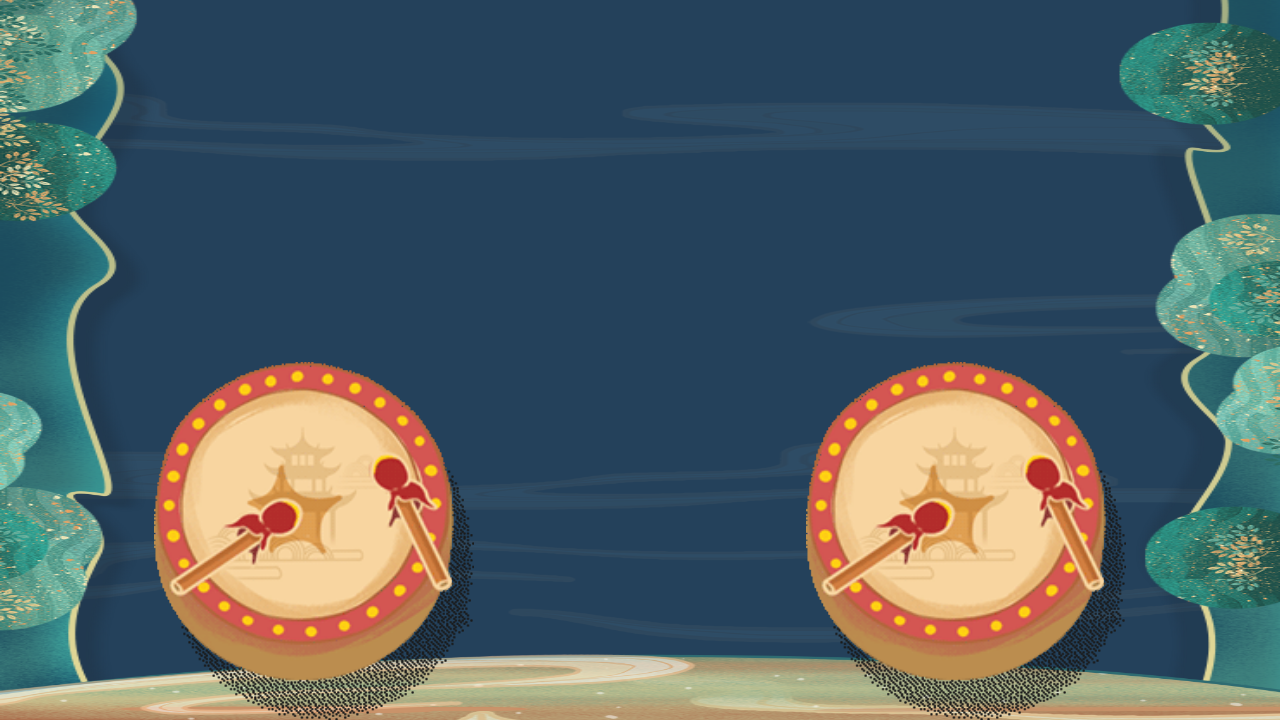
Repository: liushiwei151/hhl_dragon_boat_festival
Page: /Game
The author's editor kept a copy of each file at every save. The page is drawn from the files as they stood at one save, then again after the next save.
The browser window is 1280 px wide. The pictures show the whole page.
An inner scrolling area shows only its first screen. The project was rebuilt for these pictures with package versions that can differ from the ones it lists, and the page was loaded fresh each time. Also part of the build but not shown: vue.config.js, src/views/Home.vue.

Above is the page before, as saved 2020-06-05 15:29:29.

After the next save:
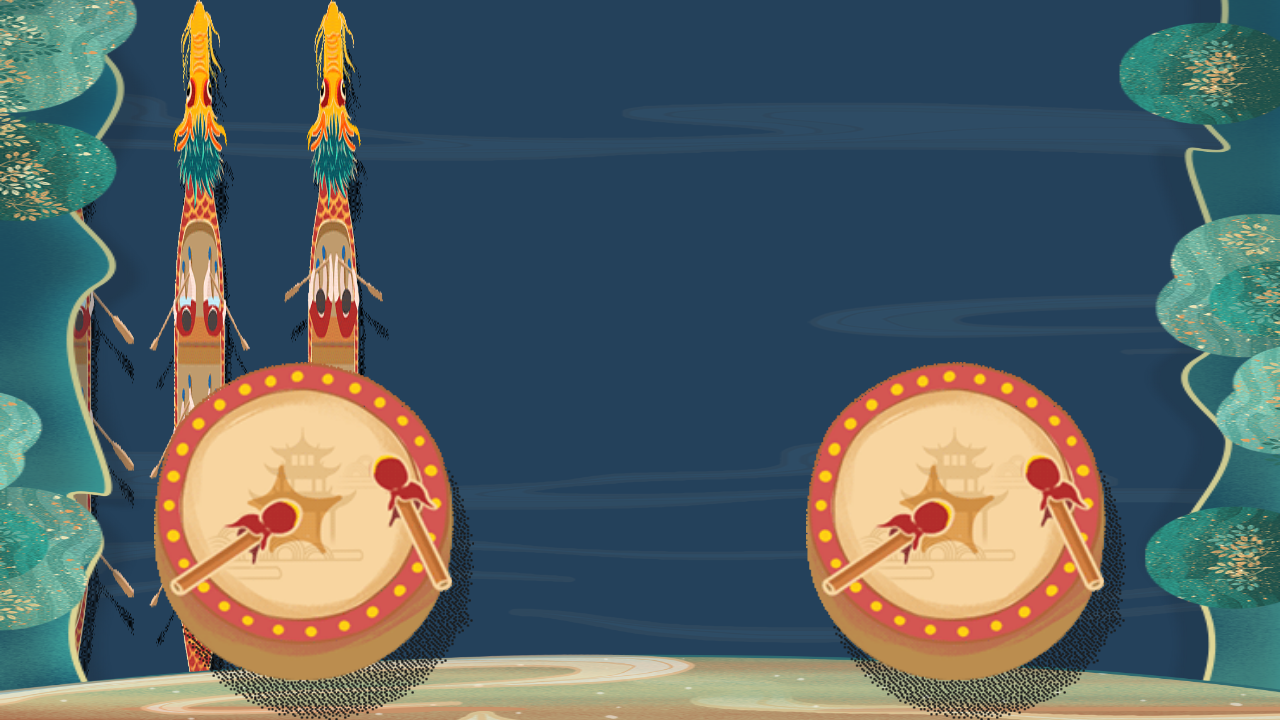
Saved 68 min 4 s later.
--- a/src/views/Game.vue
+++ b/src/views/Game.vue
@@ -27,6 +27,7 @@
         ></div>
       </div>
     </div>
+    <div class="longzhou"></div>
   </div>
 </template>
 
@@ -123,6 +124,12 @@
 .game {
   width: 100%;
   height: 100%;
+  .longzhou {
+    background: url(../assets/long.png) no-repeat;
+    background-size: 100% 100%;
+    width: 31.333vw;
+    height: 68.133vw;
+  }
   .fixedBG {
     background: url(../assets/gameBG2.png) no-repeat;
     @bg100();

After the 6 saves that followed:
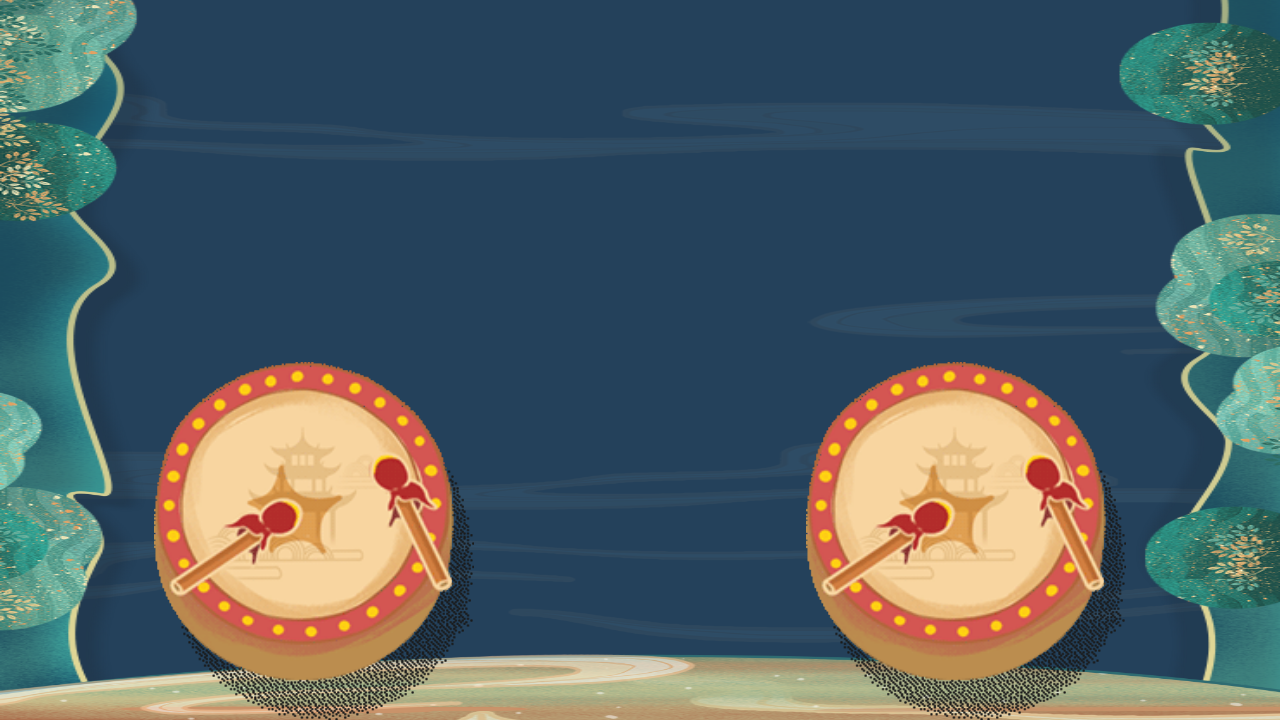
The 6 saves are shown as one change because 5 left the picture as it was.
The last was saved 4 min 10 s later.
--- a/src/views/Game.vue
+++ b/src/views/Game.vue
@@ -121,6 +121,14 @@
     transform: translateY(-50%);
   }
 }
+@keyframes play {
+  from {
+    background-position: 0 0;
+  }
+  to {
+    background-position: 94vw 0;
+  }
+}
 .game {
   width: 100%;
   height: 100%;
@@ -129,6 +137,8 @@
     background-size: 100% 100%;
     width: 31.333vw;
     height: 68.133vw;
+    background-position: 62.666vw 0;
+    // animation: play 1s steps(3) infinite;
   }
   .fixedBG {
     background: url(../assets/gameBG2.png) no-repeat;
